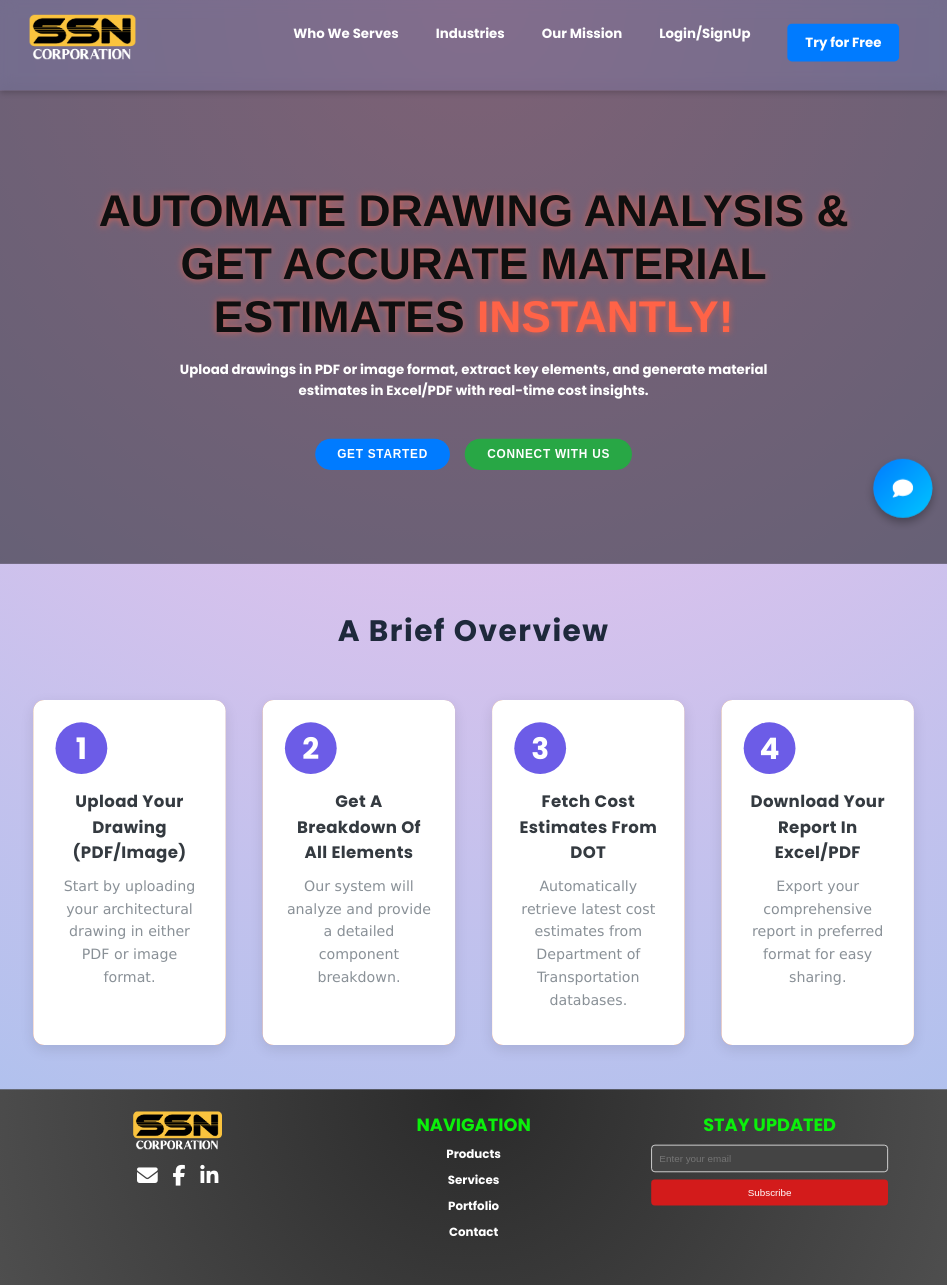
Repository: aabhashbasnet/SSNCorporation
Page: /
An editor plug-in stored every save of this project. The page is shown before and after the next save, followed by the edit.
The browser window is 1280 px wide. The pictures show the whole page, at 74% of full size.
The project was rebuilt for these pictures with package versions that can differ from the ones it lists, and the page was loaded fresh each time. Also part of the build but not shown: src/pages/OurMission/OurMission.jsx, src/pages/LoginSignUp/LoginSignUp.css, src/pages/LoginSignUp/LoginSignUp.jsx, src/pages/Industries/Industries.jsx, src/pages/Industries/Landscaping.jsx, src/pages/Industries/Paving.jsx, src/pages/Industries/GeneralConstruction.jsx, src/pages/Industries/FacilitiesMaintenance.jsx and 10 more.

Above is the page before, as saved 2025-02-11 14:55:47.

### src/index.css
/* index.css or App.css */
body {
  margin: 0;
  padding: 0;
  font-family: 'Poppins', sans-serif; /* Optional: Add modern typography */
  /* background: linear-gradient(to bottom, #0a192f, #162447); */
  /* background: linear-gradient(to bottom, #0a192f, #004aad); */
  /* background: radial-gradient(circle at top, #00c6ff, #0072ff, #0a192f);
  background: radial-gradient(circle at top, #ff7e5f, #feb47b, #f4f4f4);
  background: radial-gradient(circle at top, #6a11cb, #2575fc);
  background: radial-gradient(circle at top, #ff416c, #ff4b2b); */
  background: radial-gradient(circle at top, #fbc2eb, #a6c1ee);
  /* color: white; Ensures text is readable */
  min-height: 100vh;
}

### src/App.css
.app-container {
  min-height: 100vh;
  display: flex;
  flex-direction: column;
  background-size: cover;
  background-position: center;
}

### src/components/Main/Main.jsx
import React, { useEffect } from "react";
import { useNavigate } from "react-router-dom";
import "./Main.css";

const Main = () => {
  const navigate = useNavigate();

  const handleGetStartedClick = () => {
    // Open the GetStarted component in a new tab
    const newTab = window.open("", "_blank");
    newTab.location.href = "/get-started";
  };

  useEffect(() => {
    // Adding animation to fade in the content
    const content = document.querySelector(".main-content");
    content.classList.add("fade-in");
  }, []);

  return (
    <div className="main-container">
      <div className="background-image">
        <div className="main-content">
          <h1 className="headline">
            Automate Drawing Analysis & Get Accurate Material Estimates{" "}
            <span className="instant">Instantly!</span>
          </h1>
          <p className="description">
            Upload drawings in PDF or image format, extract key elements, and generate material estimates in Excel/PDF with real-time cost insights.
          </p>

          <div className="button-container">
            <button className="button primary" onClick={handleGetStartedClick}>
              Get Started
            </button>
            <button className="button connect">Connect with Us</button>
          </div>
        </div>
      </div>
    </div>
  );
};

export default Main;

### src/components/Working/Working.jsx
import React from 'react';
import './Working.css';


const Working = () => {
  const steps = [
    {
      number: '1',
      title: 'Upload your drawing (PDF/Image)',
      description: 'Start by uploading your architectural drawing in either PDF or image format.'
    },
    {
      number: '2',
      title: 'Get a breakdown of all elements',
      description: 'Our system will analyze and provide a detailed component breakdown.'
    },
    {
      number: '3',
      title: 'Fetch cost estimates from DOT',
      description: 'Automatically retrieve latest cost estimates from Department of Transportation databases.'
    },
    {
      number: '4',
      title: 'Download your report in Excel/PDF',
      description: 'Export your comprehensive report in preferred format for easy sharing.'
    }
  ];

  return (
    <div className="how-it-works-container">
      <h2 className="section-title">A Brief Overview</h2>
      <div className="steps-container">
        {steps.map((step, index) => (
          <div key={index} className="step-card">
            <div className="step-icon">{step.number}</div>
            <h3 className="step-title">{step.title}</h3>
            <p className="step-description">{step.description}</p>
          </div>
        ))}
      </div>
    </div>
  );
};

export default Working;

### src/components/Footer/Footer.jsx
import React from 'react';
import './Footer.css';
import logo from '../../assets/logo.png';

const Footer = () => {
  return (
    <footer className="footer">
      <div className="footer-content"> {/* Container for better layout control */}
        <div className="footer-section">
          <img src={logo} alt="Company Logo" className="logo" />
          <div className="social-links">
            <a href="mailto:info@ssnbuilders.com" aria-label="Email">
              <i className="fas fa-envelope social-icon"></i>
            </a>
            <a href="https://www.facebook.com" aria-label="Facebook" target="_blank" rel="noopener noreferrer">
              <i className="fab fa-facebook-f social-icon"></i>
            </a>
            <a href="https://www.linkedin.com" aria-label="LinkedIn" target="_blank" rel="noopener noreferrer">
              <i className="fab fa-linkedin-in social-icon"></i>
            </a>
          </div>
        </div>

        <div className="footer-section">
          <h4>Navigation</h4>
          <nav>
            <ul className="footer-nav">
              <li><a href="/products">Products</a></li>
              <li><a href="/services">Services</a></li>
              <li><a href="/portfolio">Portfolio</a></li>
              <li><a href="/contact">Contact</a></li>
            </ul>
          </nav>
        </div>

        <div className="footer-section">
          <h4>Stay Updated</h4>
          <div className="newsletter">
            <input
              type="email"
              placeholder="Enter your email"
              className="email-input"
              aria-label="Email for newsletter"
            />
            <button className="subscribe-button">Subscribe</button>
          </div>
        </div>
      </div> {/* Close footer-content */}
    </footer>
  );
}

export default Footer;

### src/components/Main/Main.css
/* Main content styling */
.main-content {
  padding: 50px 20px;
  text-align: center;
  min-height: calc(100vh - 80px);
  display: flex;
  flex-direction: column;
  justify-content: center;
  align-items: center;
  position: relative;
  z-index: 1;
}

/* Gradient overlay */
.main-content:before {
  content: '';
  position: absolute;
  top: 0;
  left: 0;
  right: 0;
  bottom: 0;
  background: rgba(0, 0, 0, 0.5); /* Dark gradient for readability */

  z-index: -1;
}

/* Headline styling with animated underline */
.headline {
  font-family: 'Helvetica', sans-serif;
  font-size: 60px;
  font-weight: bold;
  color: #0f0f0f;
  margin-bottom: 20px;
  line-height: 1.2;
  text-transform: uppercase;
  display: inline-block;
  position: relative;
  max-width: 90%;
  text-shadow: 2px 2px 6px rgba(0, 0, 0, 0.3), 0 0 25px rgba(255, 99, 71, 0.5);
  text-shadow: 4px 4px 8px rgba(0, 0, 0, 0.6);
  text-shadow: 0 0 10px rgba(255, 99, 71, 0.7);



}

.headline .instant {
  color: #ff6347; /* Tomato color */
}

/* Underline animation effect */
.headline:after {
  content: '';
  position: absolute;
  left: 0;
  bottom: -5px;
  width: 0;
  height: 3px;
  background: #ff6347;
  transition: width 0.3s ease;
}

.headline:hover:after {
  width: 100%;
}

/* Description styling */
.description {
  font-size: 18px;
  font-weight: bold;
  color: white;
  max-width: 800px;
  margin: 0 auto;
  line-height: 1.6;
  margin-bottom: 30px;
}

/* Button container styling */
.button-container {
  display: flex;
  gap: 20px;
  justify-content: center;
  margin-top: 20px;
  flex-wrap: wrap;
  align-items: center;
}

/* Button base styling */
.button {
  padding: 12px 30px;
  font-size: 16px;
  font-weight: bold;
  border: none;
  border-radius: 25px;
  cursor: pointer;
  transition: all 0.3s ease;
  display: inline-block;
  text-transform: uppercase;
  letter-spacing: 1px;
}

/* Default button styling */
.button:hover {
  transform: translateY(-5px);
}

/* "Get Started" button styling */
.button.primary {
  background-color: #007bff;
  color: white;
}

.button.primary:hover {
  background-color: #0056b3;
}

/* "Connect with Us" button styling */
.button.connect {
  background-color: #28a745;
  color: white;
}

.button.connect:hover {
  background-color: #218838;
}

/* Add some responsive styling */
@media (max-width: 768px) {
  .headline {
    font-size: 45px; /* Adjust the headline font size */
  }

  .description {
    font-size: 16px;
    padding: 0 20px;
  }

  .button-container {
    flex-direction: column; /* Stack buttons on mobile */
  }

  .button {
    width: 100%;
    max-width: 300px;
    margin: 10px 0;
  }
}

### src/components/Working/Working.css
/* Working.css */

/* Container for the whole section */
.how-it-works-container {
    padding: 60px 20px;
    /* background-color: #f1f4f9; */
    text-align: center;
  }

  .section-title {
    font-size: 3rem;
    font-weight: bold;
    color: #343a40;
    margin-bottom: 40px;
    /* text-transform: uppercase; */
    letter-spacing: 2px;
    animation: fadeIn 1s ease-out;
  }

  /* Flexbox container for the cards */
  .steps-container {
    display: flex;
    justify-content: center;
    gap: 50px;
    flex-wrap: wrap;
    animation: fadeInUp 1s ease-out;
  }

  /* Individual step cards */
  .step-card {
    background-color: #fff;
    border-radius: 15px;
    box-shadow: 0 6px 18px rgba(0, 0, 0, 0.1);
    padding: 30px;
    width: 260px;
    transition: transform 0.4s ease, box-shadow 0.4s ease;
    cursor: pointer;
    position: relative;
    overflow: hidden;
    text-align: center;
  }

  .step-card:hover {
    transform: translateY(-10px);
    box-shadow: 0 12px 30px rgba(0, 0, 0, 0.15);
  }

  .step-card::before {
    content: "";
    position: absolute;
    top: 50%;
    left: 50%;
    width: 200%;
    height: 200%;
    background: linear-gradient(45deg, #ff6f61, #f79c42, #6c5ce7);
    z-index: -1;
    animation: expand 3s ease-out infinite;
    transform: translate(-50%, -50%);
  }

  /* Step icon circle */
  .step-icon {
    font-size: 2.5rem;
    font-weight: bold;
    color: #fff;
    background-color: #6c5ce7;
    width: 70px;
    height: 70px;
    border-radius: 50%;
    display: flex;
    align-items: center;
    justify-content: center;
    margin-bottom: 20px;
    transition: transform 0.3s ease;
  }

  .step-card:hover .step-icon {
    transform: scale(1.1);
  }

  /* Title style for each step */
  .step-title {
    font-size: 1.4rem;
    font-weight: 600;
    color: #343a40;
    margin-bottom: 15px;
    text-transform: capitalize;
    letter-spacing: 0.5px;
    transition: color 0.3s ease;
  }

  .step-card:hover .step-title {
    color: #6c5ce7;
  }

  /* Description under each title */
  .step-description {
    font-size: 1.2rem;
    font-family: 'Lucida Sans', 'Lucida Sans Regular', 'Lucida Grande', 'Lucida Sans Unicode', Geneva, Verdana, sans-serif;
    font-weight: 500;
    color: #6c757d;
    line-height: 1.6;
    padding-bottom: 15px;
    opacity: 0.8;
    transition: opacity 0.3s ease;
  }

  .step-card:hover .step-description {
    opacity: 1;
    color: #2f353b;
  }

  /* Hover animations for smooth effects */
  @keyframes fadeIn {
    from {
      opacity: 0;
      transform: translateY(-20px);
    }
    to {
      opacity: 1;
      transform: translateY(0);
    }
  }

  @keyframes fadeInUp {
    from {
      opacity: 0;
      transform: translateY(20px);
    }
    to {
      opacity: 1;
      transform: translateY(0);
    }
  }

  @keyframes expand {
    0% {
      transform: translate(-50%, -50%) scale(1);
    }
    50% {
      transform: translate(-50%, -50%) scale(1.2);
    }
    100% {
      transform: translate(-50%, -50%) scale(1);
    }
  }

  /* Mobile responsiveness */
  @media (max-width: 768px) {
    .steps-container {
      flex-direction: column;
      align-items: center;
    }

    .step-card {
      width: 90%;
      margin-bottom: 30px;
    }
  }

### src/components/Footer/Footer.css
.footer {
    background-color: #333;
    background: #2c3e50; /* Dark blue/gray */
    background: radial-gradient(circle at top, #333, #555);
    background: radial-gradient(circle at top, #4b0082, #2c003e);
    background: radial-gradient(circle at top, #2a2a2a, #3b3b3b);
    background: radial-gradient(circle at top, #2a2a2a, #4e4e4e);

    color: white;
    padding: 30px;
  }

  .footer-content {
    display: flex;
    flex-wrap: wrap;
    justify-content: space-around;
    max-width: 1200px;
    margin: 0 auto;
  }

  .footer-section {
    flex: 1 1 30%;
    margin-bottom: 20px;
    text-align: center;
  }

  .logo {
    width: 120px;
    height: auto;
    margin-bottom: 15px;
  }

  .social-links {
    display: flex;
    justify-content: center; /* Center social icons */
    gap: 20px;
  }

  .social-icon {
    font-size: 28px;
    color: white;
    transition: color 0.3s ease;
  }

  .social-icon:hover {
    color: #0e76a8;
  }


  .footer-section h4 {
    font-size: 1.5rem; /* Use rem for scalable font sizes */
    font-weight: bold;
    margin-bottom: 10px;
    color: rgb(11, 240, 11);
    text-transform: uppercase;
  }
  .footer-nav {
    list-style: none;
    padding: 0;
    margin: 0;
  }

  .footer-nav li {
    margin-bottom: 10px;
  }

  .footer-nav a {
    font-size: 1rem;
    color: hsl(0, 0%, 100%);
    text-decoration: none;
    transition: color 0.3s ease;
  }

  .footer-nav a:hover {
    color: #0e76a8;
  }

  .newsletter {
    display: flex;
    flex-direction: column; /* Stack input and button */
    align-items: center; /* Center content horizontally */
  }

  .email-input {
    padding: 10px;
    border: 1px solid #fff;
    border-radius: 5px;
    width: 80%; /* Make input responsive */
    margin-bottom: 10px;
    background-color: #444;
    color: white;
  }

  .subscribe-button {
    padding: 10px 20px;
    background-color: #d31b1b;
    color: white;
    border: none;
    border-radius: 5px;
    cursor: pointer;
    transition: background-color 0.3s ease;
    width: 80%; /* Make button responsive */
  }

  .subscribe-button:hover {
    background-color: #b91b1b;
  }

  @media screen and (max-width: 768px) {
    .footer-section {
      flex: 1 1 100%; /* Each section takes full width on mobile */
      margin-bottom: 20px; /* Add space between sections */
    }

    .newsletter {
      flex-direction: column; /* Stack input and button vertically */
      align-items: center; /* Center the content horizontally */
    }

    .email-input,
    .subscribe-button {
      width: 100%; /* Full width input and button */
    }

    .footer-nav li {
      margin-bottom: 5px; /* Reduce margin between links */
    }
  }

### src/pages/Industries/Industries.css
/* Import Poppins font */
@import url('https://fonts.googleapis.com/css2?family=Poppins:wght@700&display=swap');

.industries-container {
  padding: 5rem 1rem;
}

.industries-title {
  font-family: Arial, Helvetica, sans-serif;
  text-align: center;
  font-size: 2.9rem;
  color: #1f2937;
  margin-bottom: 1rem;
  font-weight: 1000;
}

.industries-subtitle {
  text-align: center;
  color: #4b5563;
  font-size: 1.125rem;
  max-width: 800px;
  margin: 0 auto 3rem;
  line-height: 1.6;
}

.industries-grid {
  display: grid;
  gap: 2rem;
  grid-template-columns: 1fr;
}

.industry-card {
  background: white;
  padding: 2.5rem;
  border-radius: 1rem;
  box-shadow: 0 4px 6px -1px rgba(0, 0, 0, 0.1);
  transition: transform 0.3s ease, box-shadow 0.3s ease;
}

.industry-card:hover {
  transform: translateY(-5px);
  box-shadow: 0 10px 15px -3px rgba(0, 0, 0, 0.1);
}

.icon-container {
  width: 60px;
  height: 60px;
  border-radius: 50%;
  display: flex;
  align-items: center;
  justify-content: center;
  margin-bottom: 1.5rem;
}

.industry-icon {
  font-size: 2.5rem;
  color: white;
}

.industry-title {
  color: #1f2937;
  font-size: 1.5rem;
  margin: 1.5rem 0 1rem;
  font-weight: 600;
}

.industry-description {
  color: #4b5563;
  line-height: 1.6;
  margin-bottom: 1.5rem;
}

.learn-more-btn {
  color: #3b82f6;
  text-decoration: none;
  font-weight: 500;
  display: inline-flex;
  align-items: center;
  gap: 0.5rem;
  transition: color 0.3s ease;
}

.learn-more-btn:hover {
  color: #2563eb;
}

@media (min-width: 768px) {
  .industries-grid {
    grid-template-columns: repeat(2, 1fr);
  }
}

@media (min-width: 1024px) {
  .industries-grid {
    grid-template-columns: repeat(4, 1fr);
  }

  .industries-title {
    font-size: 3rem;
  }

  .industries-subtitle {
    font-size: 1.25rem;
  }
}

### src/pages/Industries/FacilitiesMaintainance.css
/* Reset and base styles */
* {
  margin: 0;
  padding: 0;
  box-sizing: border-box;
}

body {
  background-color: #f5f7fa;
}

/* General section styling */
section {
  padding: 4rem 2rem;
  max-width: 1200px;
  margin: 0 auto;
}

/* Overview section */
.overview-section {
  display: flex;
  gap: 3rem;
  align-items: center;
  min-height: 80vh;
  background: linear-gradient(135deg, #e8f4fd 0%, #f5f7fa 100%);
  border-radius: 20px;
  margin: 2rem auto;
}

.overview-text {
  flex: 1;
}

.overview-text h1 {
  font-size: 3rem;
  margin-bottom: 1.5rem;
  color: #2c3e50;
  line-height: 1.2;
  font-weight: 700;
}

.overview-text p {
  font-size: 1.1rem;
  line-height: 1.6;
  color: #5a6c7d;
  margin-bottom: 1.5rem;
}

.overview-image {
  flex: 1;
  position: relative;
}

.overview-image img {
  width: 100%;
  height: auto;
  border-radius: 15px;
  box-shadow: 0 20px 40px rgba(0, 0, 0, 0.1);
}

/* Features and Benefits section */
.features-benefits {
  background: linear-gradient(135deg, #f5f7fa 0%, #e8f4fd 100%);
  text-align: center;
  padding: 5rem 2rem;
  border-radius: 20px;
  margin: 2rem auto;
}

.features-benefits h2 {
  font-size: 2.5rem;
  color: #2c3e50;
  margin-bottom: 3rem;
  font-weight: 700;
}

.feature-card {
  background: rgba(255, 255, 255, 0.9);
  padding: 2rem;
  border-radius: 10px;
  box-shadow: 0 10px 20px rgba(0, 0, 0, 0.05);
  transition: transform 0.3s ease;
  text-align: center;
}

.feature-card:hover {
  transform: translateY(-5px);
  background: rgba(255, 255, 255, 0.95);
  box-shadow: 0 15px 30px rgba(0, 0, 0, 0.1);
}

.feature-card i {
  font-size: 2.5rem;
  margin-bottom: 1rem;
}

.feature-card h3 {
  font-size: 1.5rem;
  color: #2c3e50;
  margin-bottom: 1rem;
  font-weight: 600;
}

.feature-card p {
  color: #5a6c7d;
  line-height: 1.5;
}

/* CTA section */
.cta-section {
  text-align: center;
  background: linear-gradient(135deg, #3498db, #2980b9);
  color: white;
  border-radius: 15px;
  margin: 2rem auto;
  padding: 4rem 2rem;
  box-shadow: 0 15px 30px rgba(41, 128, 185, 0.2);
}

.cta-section h2 {
  font-size: 2.5rem;
  margin-bottom: 1.5rem;
  font-weight: 700;
}

.cta-section p {
  font-size: 1.2rem;
  margin-bottom: 2rem;
  max-width: 600px;
  margin-left: auto;
  margin-right: auto;
  line-height: 1.6;
}

.cta-button {
  display: inline-block;
  padding: 1rem 2rem;
  font-size: 1.2rem;
  font-weight: 600;
  text-decoration: none;
  color: white;
  background: linear-gradient(135deg, #28a745, #218838);
  border-radius: 30px;
  transition: all 0.3s ease;
  cursor: pointer;
  border: 2px solid transparent;
  box-shadow: 0 4px 15px rgba(40, 167, 69, 0.2);
}

.cta-button:hover {
  transform: scale(1.05);
  box-shadow: 0 6px 20px rgba(40, 167, 69, 0.3);
  background: linear-gradient(135deg, #218838, #28a745);
  color: white;
  border-color: rgba(255, 255, 255, 0.2);
}

/* Responsive Design */
@media (max-width: 1024px) {
  .features-grid {
      grid-template-columns: repeat(2, 1fr);
  }
}

@media (max-width: 768px) {
  .overview-section {
      flex-direction: column;
      text-align: center;
  }

  .overview-text h1 {
      font-size: 2.5rem;
  }

  .features-grid {
      grid-template-columns: 1fr;
  }

  .cta-section h2 {
      font-size: 2rem;
  }
}

@media (max-width: 480px) {
  section {
      padding: 2rem 1rem;
  }

  .overview-text h1 {
      font-size: 2rem;
  }

  .features-benefits h2 {
      font-size: 2rem;
  }

  .feature-card {
      margin: 0;
  }

  .cta-button {
      width: 90%;
      max-width: 300px;
  }
}

Loaded but not shown: public/index.html (common file); src/index.js (common file); src/reportWebVitals.js (common file); src/App.js (63 lines, source omitted); src/components/FloatingChatButton/FloatingChatButton.jsx (177 lines, source omitted); src/components/FloatingChatButton/FloatingChatButton.css (285 lines, source omitted); src/components/Navbar/Navbar.jsx (138 lines, source omitted); src/components/Navbar/Navbar.css (231 lines, source omitted); src/pages/Industries/Paving.css (214 lines, source omitted); src/pages/Industries/Landscaping.css (213 lines, source omitted); src/pages/OurMission/OurMission.css (228 lines, source omitted); src/pages/Industries/GeneralConstruction.css (205 lines, source omitted)

After the next save:
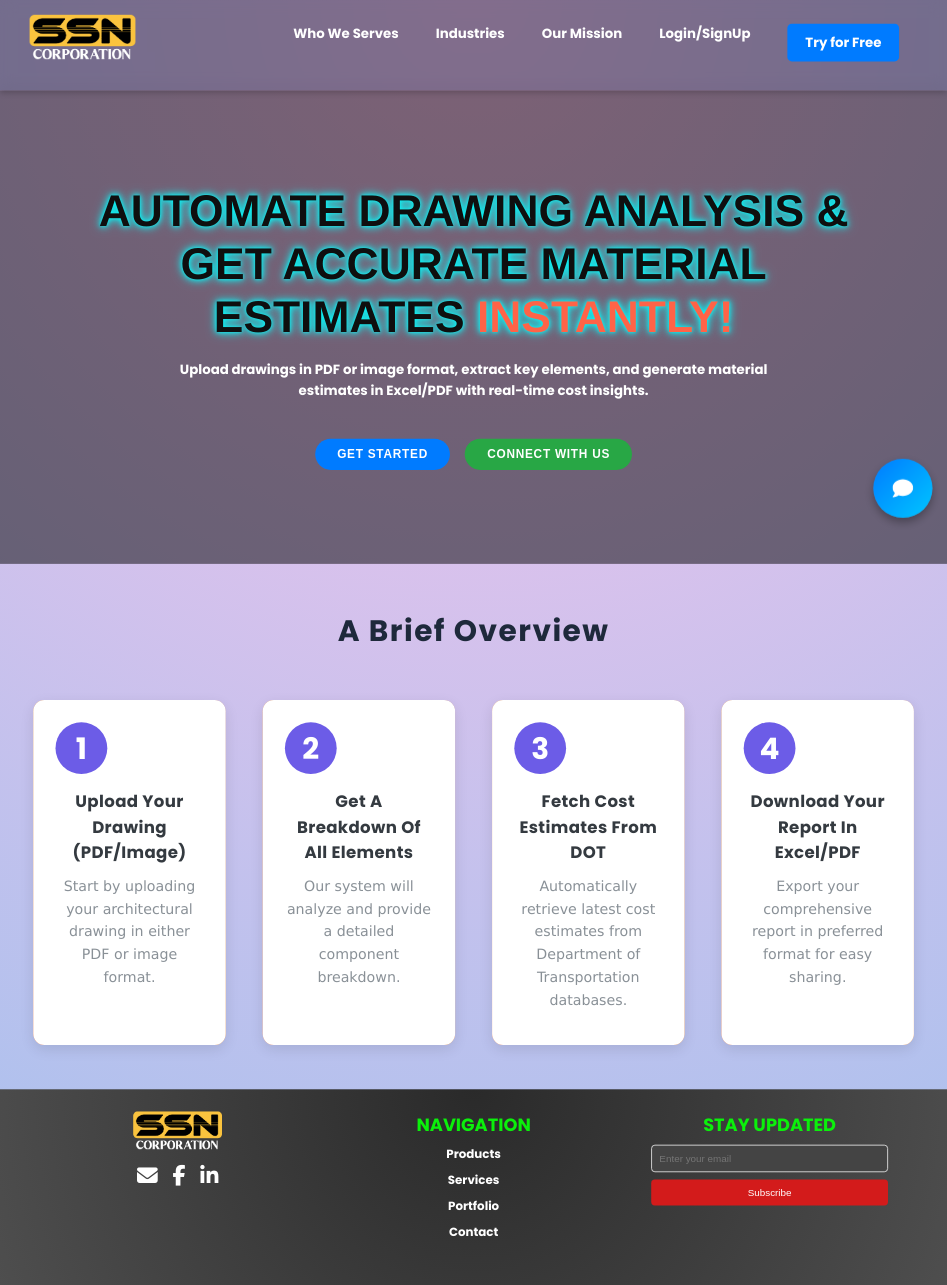
Saved 9 s later.
--- a/src/components/Main/Main.css
+++ b/src/components/Main/Main.css
@@ -39,6 +39,8 @@
   text-shadow: 2px 2px 6px rgba(0, 0, 0, 0.3), 0 0 25px rgba(255, 99, 71, 0.5);
   text-shadow: 4px 4px 8px rgba(0, 0, 0, 0.6);
   text-shadow: 0 0 10px rgba(255, 99, 71, 0.7);
+  text-shadow: 0 0 5px rgba(0, 255, 255, 0.8), 0 0 10px rgba(0, 255, 255, 0.8), 0 0 15px rgba(0, 255, 255, 0.8);
+
 
 
 
